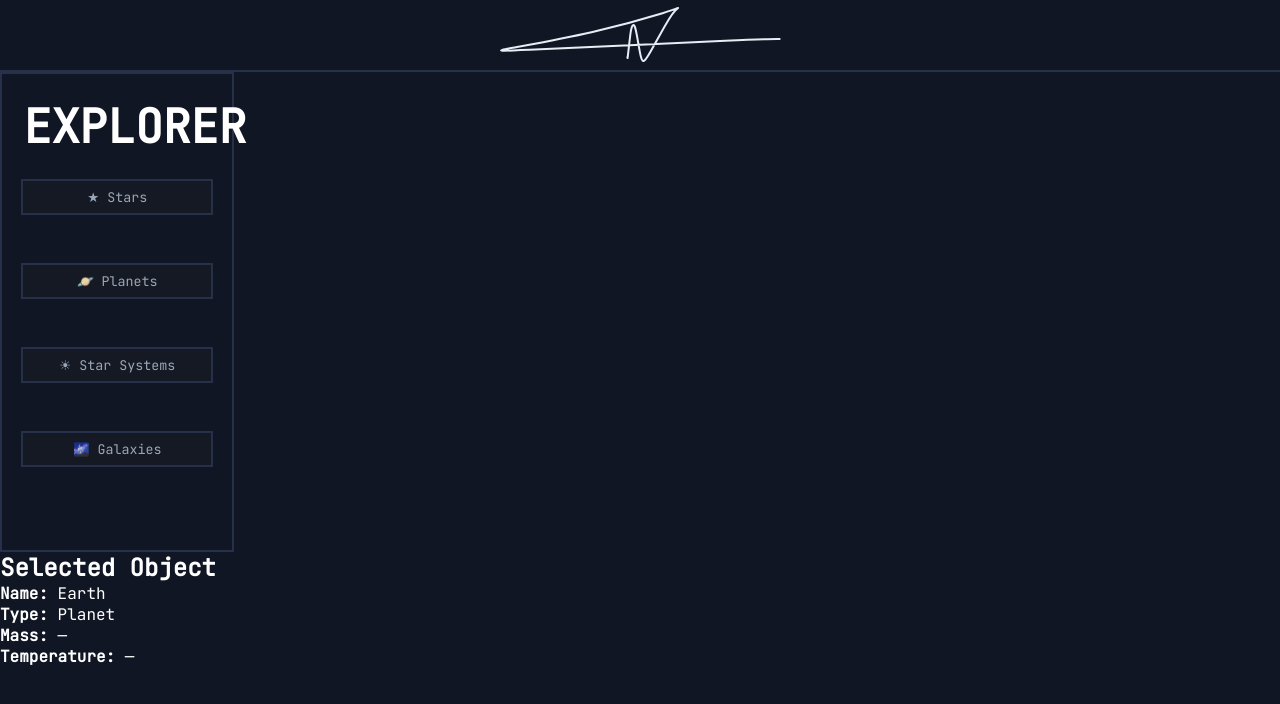
Repository: nico-madruga/Universe
Page: front-end/html/index.html
These files come from the project's save history. The page is drawn as it stood at one moment and after the next save; the edit follows.
The browser window is 1280 px wide. The pictures show the whole page.

Above is the page before, as saved 2026-09-28 16:59:36.

### front-end/html/index.html
<!DOCTYPE html>
<html lang="en">
<head>
    <meta charset="UTF-8">
    <meta name="viewport" content="width=device-width, initial-scale=1.0">
    <link href='https://fonts.googleapis.com/css?family=JetBrains Mono' rel='stylesheet'>
    <link rel="stylesheet" href="../css/style.css">
    <title>Universe</title>

    <link rel="stylesheet" href="../css/style.css">
</head>

<body>

    <header>
        <img src="/front-end/imgs/Vector 1.svg">
    </header>


    <main class="layout">

        <aside class="sidebar">

            <h2>EXPLORER</h2>

            <nav>
                <button class="standard_button">★ Stars</button>
                <button class="standard_button">🪐 Planets</button>
                <button class="standard_button">☀ Star Systems</button>
                <button class="standard_button">🌌 Galaxies</button>
            </nav>

        </aside>


        <section class="content">

            <section class="space">

                <div class="star star-1"></div>
                <div class="star star-2"></div>
                <div class="star star-3"></div>

                <div class="planet"></div>

            </section>


            <section class="object-info">

                <h2>Selected Object</h2>

                <div class="info-grid">

                    <p>
                        <strong>Name:</strong>
                        Earth
                    </p>

                    <p>
                        <strong>Type:</strong>
                        Planet
                    </p>

                    <p>
                        <strong>Mass:</strong>
                        —
                    </p>

                    <p>
                        <strong>Temperature:</strong>
                        —
                    </p>

                </div>

            </section>

        </section>

    </main>

</body>
</html>

### front-end/css/style.css
:root
{
    --background-color: #101624;
    --planet-background-color: #080B14;
    --button-color: #2222224D;
    --panels-color: #101624;
    --panel-borders-color: #263149;
    --main-text-color: #E8ECF4;
    --secondary-text-color: #9AA6BA;
    --primary-accent-color: #4CC9F0;
    --secondary-accent-color: #8B7CFF;
    --highlight-color: #A9E8FF;
}

*
{
 padding: 0;
 margin: 0;
 color: white;
 font-family: 'JetBrains Mono';
}

header
{
    display: flex;
    padding: 1vh 0;
    background-color: var(--background-color);
    flex-direction: row-reverse;
    justify-content: space-evenly;
    border-bottom: 2px solid var(--panel-borders-color);
}

header input
{
    align-self: center;
    height: 2rem;
}

body
{
    background-color: var(--background-color);
}

.layout .sidebar
{
    display: flex;
    flex-direction: column;
    text-align: center;
    width: 18vw;
    height: 66vh;
    border: 2px solid var(--panel-borders-color);
}

.sidebar h2
{
    padding: 3vh;
    font-size: 2.9rem;
    font-style: normal;
}

.sidebar nav
{
    display: flex;
    flex-direction: column;
    gap: 48px;
}

.standard_button
{
    align-self: center;
    width: 15vw;
    height: 5vh;
    background-color: var(--button-color);
    border-color: var(--panel-borders-color);
    border-style: solid;
    color: var(--secondary-text-color);
}

After the next save:
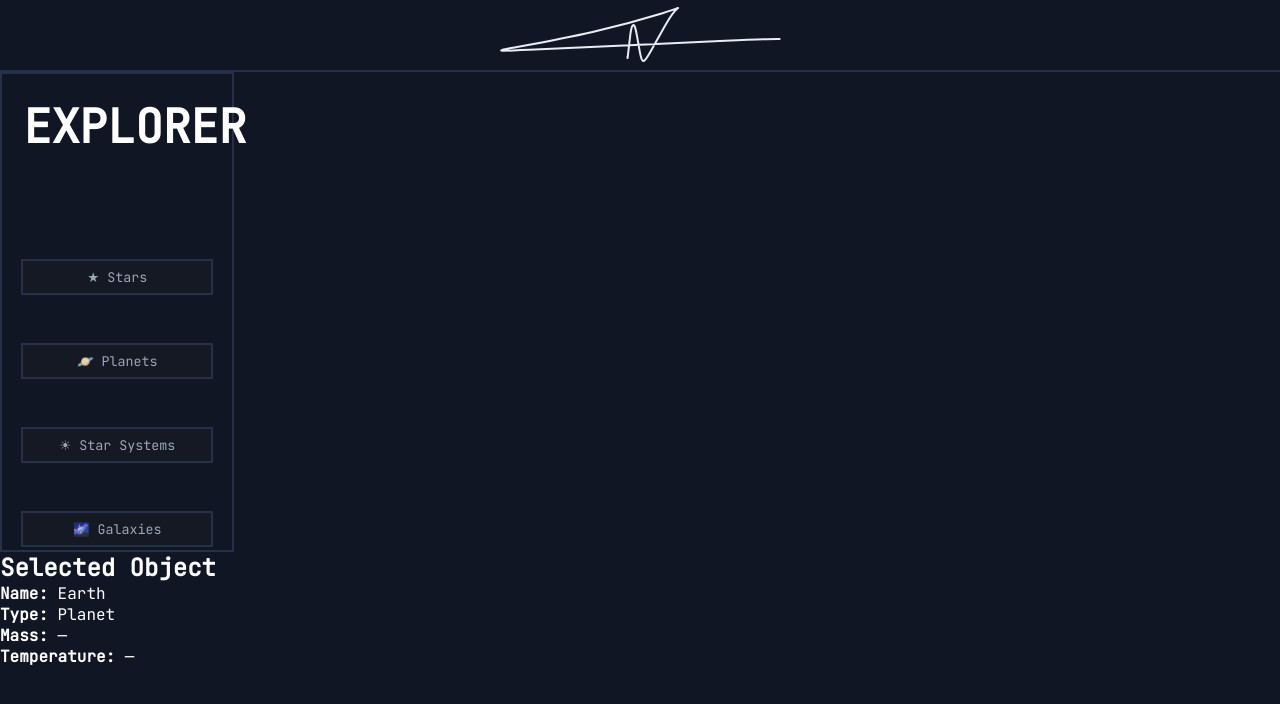
Saved 17 s later.
--- a/front-end/css/style.css
+++ b/front-end/css/style.css
@@ -63,6 +63,7 @@ body
     display: flex;
     flex-direction: column;
     gap: 48px;
+    padding-top: 5rem;
 }
 
 .standard_button
